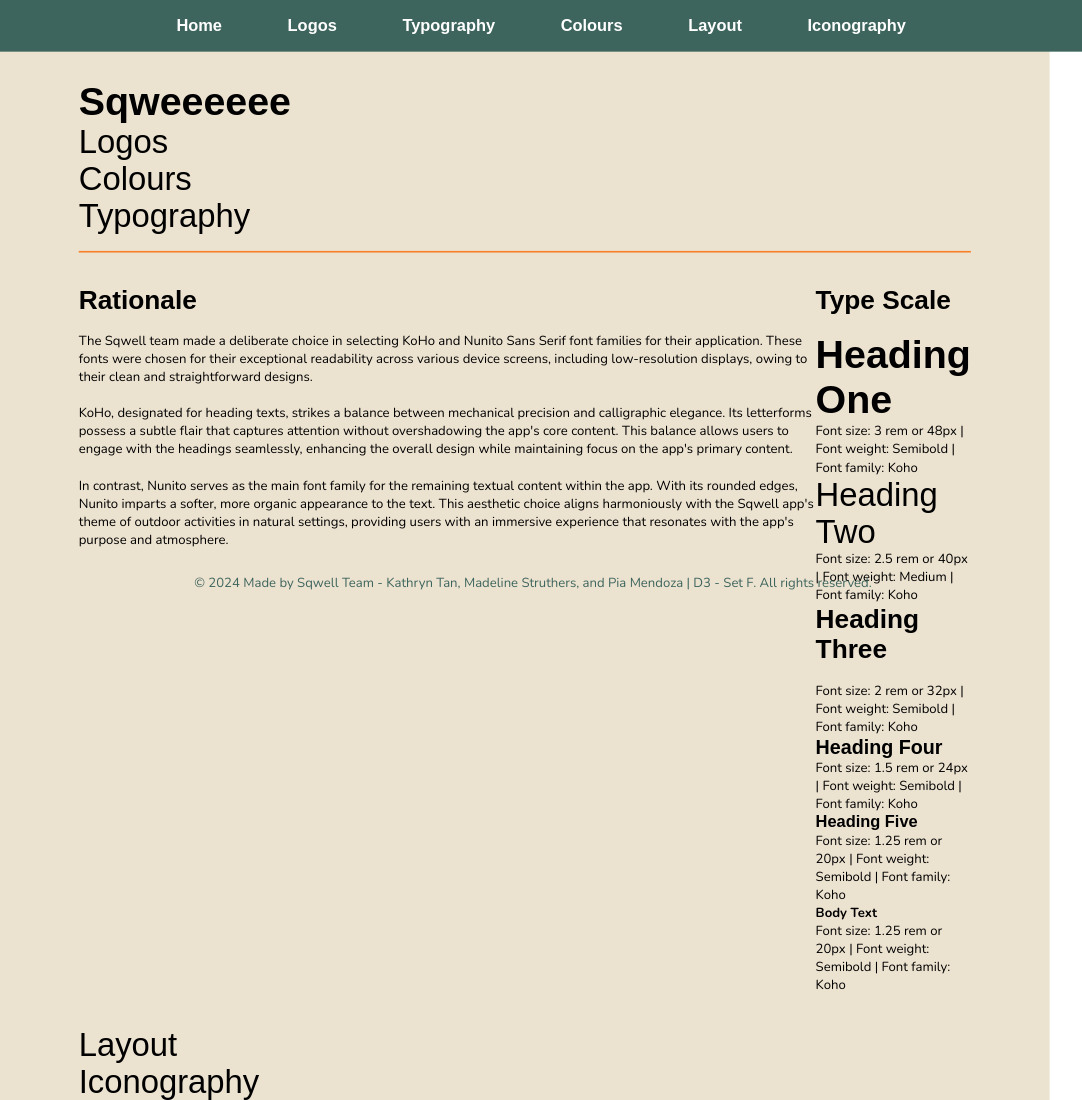
Repository: lpcmendoza/sqwell_styleguide
Page: /
These files come from the project's save history. The page is drawn as it stood at one moment and after the next save; the edit follows.
The browser window is 1280 px wide. The page is 1320 px wide, so the pictures cover 1320 px, including what lies to the right of the window. The pictures show the whole page, at 82% of full size.
Some web fonts or font styles are not loaded; a fallback is used. The project was rebuilt for these pictures with package versions that can differ from the ones it lists, and the page was loaded fresh each time. The framework's server and built-in components were replaced by stand-ins that run in the browser. Also part of the build but not shown: next.config.mjs.

Above is the page before, as saved 2024-04-07 18:40:08.

After the next save:
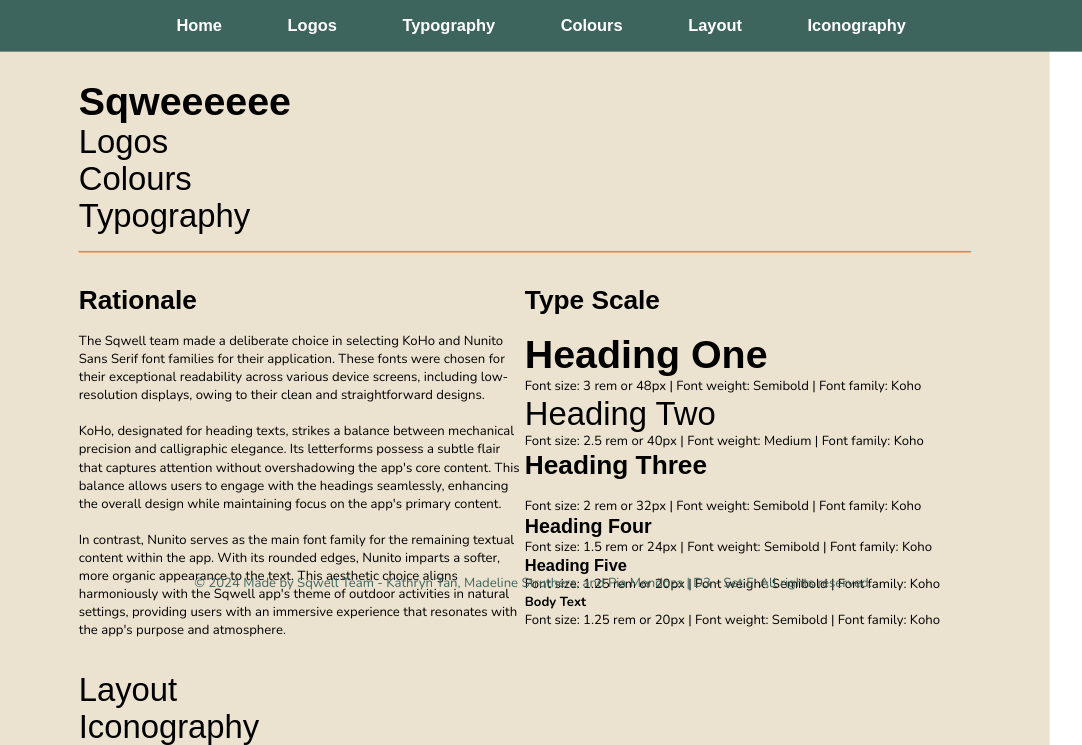
Saved 17 s later.
--- a/components/Typography/Typography.module.css
+++ b/components/Typography/Typography.module.css
@@ -16,6 +16,11 @@
     width: 50%;
 }
 
+.rationale {
+    padding-bottom: 40px;
+    width: 50%;
+}
+
 .typescaleDetails h1 {
     padding-bottom: 0px;
 }
